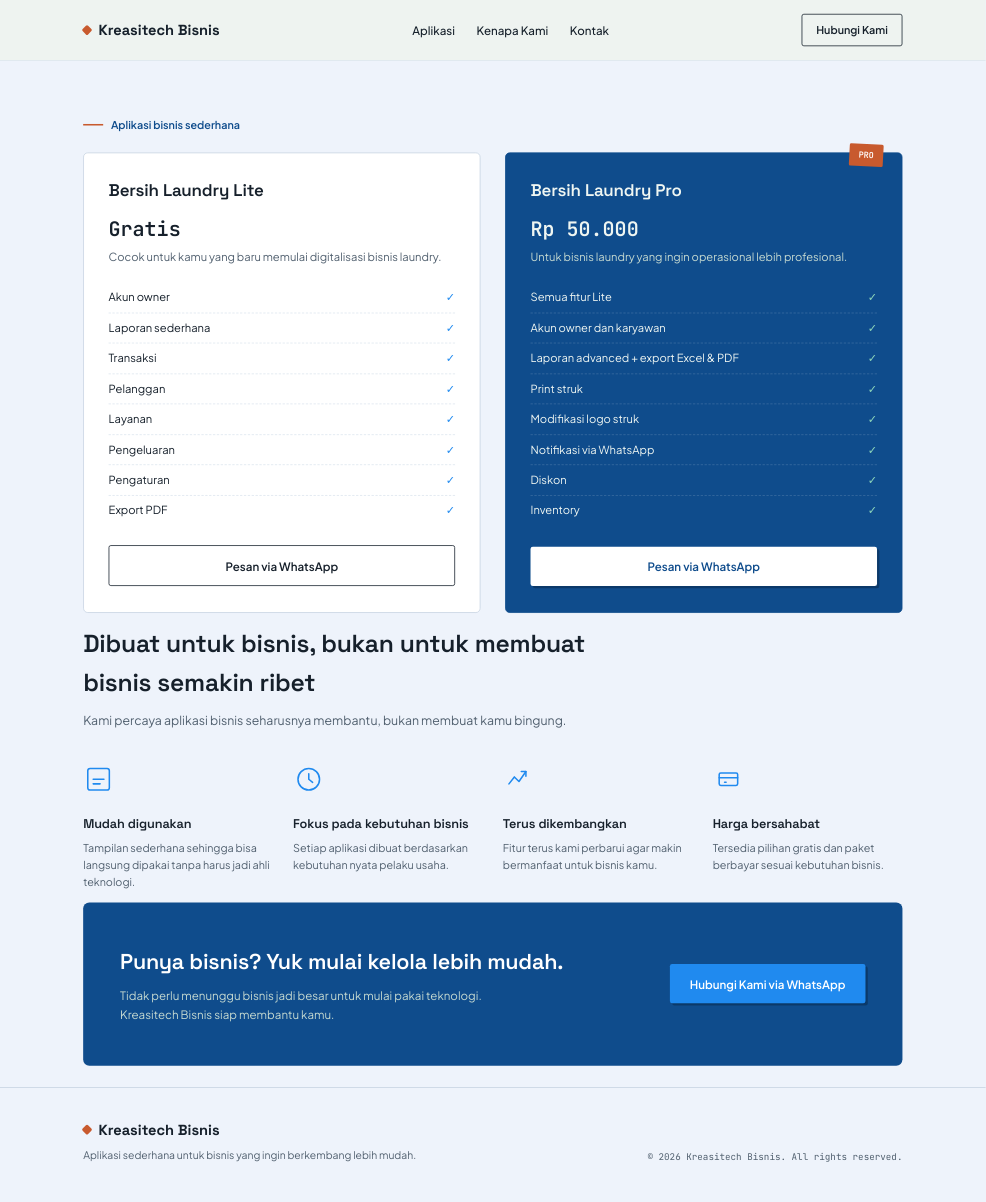
Repository: joao880hbhb/kreasitech
Page: produk/bersih-laundry.html
An editor plug-in stored every save of this project. The page is shown before and after the next save, followed by the edit.
The browser window is 1280 px wide. The pictures show the whole page, at 77% of full size.

Above is the page before, as saved 2026-09-14 21:37:46.

### produk/bersih-laundry.html
<!DOCTYPE html>
<html lang="id">
<head>
<meta charset="UTF-8">
<meta name="viewport" content="width=device-width, initial-scale=1.0">
<title>Kreasitech Bisnis — Membantu Bisnis Kamu</title>
<link rel="preconnect" href="https://fonts.googleapis.com">
<link rel="preconnect" href="https://fonts.gstatic.com" crossorigin>
<link href="https://fonts.googleapis.com/css2?family=Space+Grotesk:wght@500;600;700&family=Plus+Jakarta+Sans:wght@400;500;600;700&family=JetBrains+Mono:wght@400;500;600&display=swap" rel="stylesheet">
<style>
  :root{
    --paper:#EEF3FB;
    --paper-alt:#FFFFFF;
    --ink:#16202B;
    --ink-soft:#51606F;
    --pine:#208AEF;
    --pine-dark:#0F4C8C;
    --rust:#C85A2E;
    --line:#C6D3E1;
    --line-soft:#DCE5EF;
  }
  *{box-sizing:border-box; margin:0; padding:0;}
  html{scroll-behavior:smooth;}
  body{
    background:var(--paper);
    color:var(--ink);
    font-family:'Plus Jakarta Sans', sans-serif;
    line-height:1.55;
    -webkit-font-smoothing:antialiased;
  }
  img{max-width:100%; display:block;}
  a{color:inherit; text-decoration:none;}
  .wrap{max-width:1120px; margin:0 auto; padding:0 28px;}
  h1,h2,h3{font-family:'Space Grotesk', sans-serif; font-weight:600; letter-spacing:-0.01em;}
  .mono{font-family:'JetBrains Mono', monospace;}

  /* perforated divider — like a torn receipt edge */
  .tear{
    height:22px;
    width:100%;
    background:
      radial-gradient(circle at 11px 0, transparent 11px, var(--paper) 11.5px) repeat-x;
    background-size:22px 22px;
    background-position:0 -11px;
  }
  .tear.into-alt{ background-image:radial-gradient(circle at 11px 0, transparent 11px, var(--paper-alt) 11.5px);}
  .tear.into-paper{ background-image:radial-gradient(circle at 11px 0, transparent 11px, var(--paper) 11.5px);}
  .tear.into-dark{ background-image:radial-gradient(circle at 11px 0, transparent 11px, var(--pine-dark) 11.5px);}

  /* NAV */
  header{
    position:sticky; top:0; z-index:50;
    background:rgba(238,243,239,0.9);
    backdrop-filter:blur(8px);
    border-bottom:1px solid var(--line-soft);
  }
  nav{
    display:flex; align-items:center; justify-content:space-between;
    padding:18px 28px; max-width:1120px; margin:0 auto;
  }
  .brand{display:flex; align-items:center; gap:10px; font-family:'Space Grotesk'; font-weight:700; font-size:19px;}
  .brand .dot{width:10px; height:10px; border-radius:2px; background:var(--rust); transform:rotate(45deg);}
  .navlinks{display:flex; gap:28px; font-size:15px; font-weight:500;}
  .navlinks a:hover{color:var(--pine);}
  .btn-ghost{border:1.5px solid var(--ink); padding:9px 18px; border-radius:3px; font-weight:600; font-size:14px;}
  .btn-ghost:hover{background:var(--ink); color:var(--paper);}
  @media (max-width:720px){ .navlinks{display:none;} }

  /* HERO */
  .hero{padding:72px 0 0;}
  .hero-grid{display:grid; grid-template-columns:1.1fr 0.9fr; gap:56px; align-items:center;}
  @media (max-width:860px){ .hero-grid{grid-template-columns:1fr;} }
  .eyebrow-line{display:flex; align-items:center; gap:10px; font-size:14px; color:var(--pine-dark); font-weight:600; margin-bottom:18px;}
  .eyebrow-line::before{content:""; width:26px; height:2px; background:var(--rust);}
  .hero h1{font-size:46px; line-height:1.12; margin-bottom:20px;}
  @media (max-width:520px){ .hero h1{font-size:34px;} }
  .hero p.lead{font-size:18px; color:var(--ink-soft); max-width:46ch; margin-bottom:30px;}
  .hero-cta{display:flex; gap:14px; flex-wrap:wrap;}
  .btn-primary{
    background:var(--pine); color:#fff; padding:14px 26px; border-radius:3px;
    font-weight:600; font-size:15px; display:inline-block;
    box-shadow:3px 3px 0 var(--pine-dark);
    transition:transform .15s ease, box-shadow .15s ease;
  }
  .btn-primary:hover{ transform:translate(-2px,-2px); box-shadow:5px 5px 0 var(--pine-dark); }
  .btn-secondary{
    background:transparent; color:var(--ink); padding:14px 26px; border-radius:3px;
    font-weight:600; font-size:15px; border:1.5px solid var(--ink); display:inline-block;
  }
  .btn-secondary:hover{background:var(--ink); color:var(--paper);}

  /* hero receipt mockup */
  .receipt-mock{
    position:relative;
    background:var(--paper-alt);
    border:1px solid var(--line);
    border-radius:4px;
    padding:26px 24px 22px;
    max-width:340px;
    margin-left:auto;
    box-shadow:0 20px 50px -20px rgba(22,36,29,0.35);
    transform:rotate(2deg);
  }
  .receipt-mock::before,.receipt-mock::after{
    content:""; position:absolute; left:0; right:0; height:12px;
    background:
      radial-gradient(circle at 10px 6px, var(--paper) 6px, transparent 6.5px) repeat-x;
    background-size:20px 12px;
  }
  .receipt-mock::before{top:-6px;}
  .receipt-mock::after{bottom:-6px; transform:rotate(180deg);}
  .receipt-mock .r-head{display:flex; justify-content:space-between; align-items:baseline; border-bottom:1.5px dashed var(--line); padding-bottom:12px; margin-bottom:14px;}
  .receipt-mock .r-head span:first-child{font-family:'Space Grotesk'; font-weight:700; font-size:15px;}
  .receipt-mock .r-head span:last-child{font-family:'JetBrains Mono'; font-size:11px; color:var(--ink-soft);}
  .r-row{display:flex; justify-content:space-between; font-size:13.5px; margin-bottom:9px; font-family:'JetBrains Mono';}
  .r-row .name{color:var(--ink-soft); font-family:'Plus Jakarta Sans';}
  .r-total{
    display:flex; justify-content:space-between; margin-top:14px; padding-top:12px;
    border-top:1.5px dashed var(--line); font-weight:700; font-size:15px;
  }
  .r-status{
    display:inline-block; margin-top:16px; padding:5px 12px; border:2px solid var(--rust);
    color:var(--rust); font-family:'JetBrains Mono'; font-size:11px; font-weight:600;
    transform:rotate(-4deg); border-radius:2px;
  }

  section{padding:8px 0;}

  /* value props row */
  .value-row{
    display:grid; grid-template-columns:repeat(3,1fr); gap:0;
    border-top:1px solid var(--line); border-bottom:1px solid var(--line);
  }
  .value-row .vcell{padding:26px 22px; border-right:1px solid var(--line);}
  .value-row .vcell:last-child{border-right:none;}
  .value-row .vcell .num{font-family:'JetBrains Mono'; font-size:12px; color:var(--pine); margin-bottom:8px;}
  .value-row .vcell h3{font-size:17px; margin-bottom:6px;}
  .value-row .vcell p{font-size:14.5px; color:var(--ink-soft);}
  @media (max-width:720px){ .value-row{grid-template-columns:1fr;} .value-row .vcell{border-right:none; border-bottom:1px solid var(--line);} }

  /* products intro */
  .section-head{max-width:60ch; margin-bottom:44px;}
  .section-head h2{font-size:32px; margin-bottom:12px;}
  .section-head p{color:var(--ink-soft); font-size:16px;}

  .product-photo-wrap{
    position:relative; border-radius:6px; overflow:hidden; margin-bottom:48px;
    border:1px solid var(--line);
  }
  .product-photo-wrap img{width:100%; height:280px; object-fit:cover; filter:saturate(0.92) contrast(1.02);}
  .product-photo-wrap .tag{
    position:absolute; bottom:16px; left:16px; background:var(--paper-alt);
    padding:8px 14px; font-family:'JetBrains Mono'; font-size:12px; border-radius:3px;
    border:1px solid var(--line);
  }

  /* pricing / feature cards, receipt style */
  /* mobile-first: 2 kolom berdampingan dari layar paling kecil, melebar ke layout desktop */
  .plans{display:grid; grid-template-columns:1fr 1fr; gap:10px;}
  .plan{
    background:var(--paper-alt); border:1px solid var(--line); border-radius:6px;
    padding:18px 14px; position:relative; display:flex; flex-direction:column;
    min-width:0; /* cegah konten memaksa kolom melebar & merusak grid di layar kecil */
  }
  .plan.pro{background:var(--pine-dark); color:#EFF6F2; border-color:var(--pine-dark);}
  .plan .badge{
    position:absolute; top:-10px; right:14px; background:var(--rust); color:#fff;
    font-family:'JetBrains Mono'; font-size:10px; font-weight:600; padding:4px 9px;
    border-radius:2px; transform:rotate(3deg);
  }
  .plan h3{font-size:15.5px; margin-bottom:2px; line-height:1.25;}
  .plan .price{font-family:'JetBrains Mono'; font-size:17px; font-weight:600; margin:8px 0 4px;}
  .plan .sub{font-size:11.5px; color:var(--ink-soft); margin-bottom:14px; line-height:1.4;}
  .plan.pro .sub{color:#C6DAD1;}
  .plan ul{list-style:none; margin-bottom:16px; flex-grow:1;}
  .plan li{
    display:flex; justify-content:space-between; align-items:baseline; gap:6px; font-size:11.5px;
    padding:6px 0; border-bottom:1px dashed var(--line-soft);
  }
  .plan.pro li{border-bottom:1px dashed rgba(255,255,255,0.18);}
  .plan li:last-child{border-bottom:none;}
  .plan li .name{line-height:1.3;}
  .plan li .check{color:var(--pine); font-family:'JetBrains Mono'; flex-shrink:0;}
  .plan.pro li .check{color:#8FD8BB;}
  .plan .btn-secondary, .plan .btn-primary{padding:10px 12px; font-size:12.5px;}

  /* di layar lebih lebar, beri napas lebih longgar */
  @media (min-width:560px){
    .plans{gap:24px;}
    .plan{padding:28px 26px;}
    .plan h3{font-size:20px;}
    .plan .price{font-size:24px; margin:12px 0 6px;}
    .plan .sub{font-size:14px; margin-bottom:22px;}
    .plan ul{margin-bottom:26px;}
    .plan li{font-size:13.5px; padding:8px 0;}
    .plan .badge{top:-12px; right:24px; font-size:11px; padding:6px 12px;}
    .plan .btn-secondary, .plan .btn-primary{padding:14px 26px; font-size:15px;}
  }
  @media (min-width:800px){
    .plans{gap:32px;}
    .plan{padding:34px 32px;}
    .plan h3{font-size:22px;}
    .plan .price{font-size:26px; margin:14px 0 6px;}
    .plan .sub{font-size:14.5px; margin-bottom:24px;}
    .plan li{font-size:14.5px;}
  }

  /* why us */
  .why-grid{display:grid; grid-template-columns:repeat(4,1fr); gap:26px;}
  @media (max-width:900px){ .why-grid{grid-template-columns:1fr 1fr;} }
  @media (max-width:520px){ .why-grid{grid-template-columns:1fr;} }
  .why-card{padding:0;}
  .why-card .icon{width:40px; height:40px; margin-bottom:18px;}
  .why-card h3{font-size:16.5px; margin-bottom:8px;}
  .why-card p{font-size:14px; color:var(--ink-soft);}

  /* final cta */
  .final-cta{
    background:var(--pine-dark); color:#EFF6F2; border-radius:8px;
    padding:56px 48px; display:flex; justify-content:space-between; align-items:center; gap:32px;
  }
  @media (max-width:760px){ .final-cta{flex-direction:column; text-align:center; padding:44px 26px;} }
  .final-cta h2{font-size:28px; margin-bottom:10px; color:#fff;}
  .final-cta p{color:#C6DAD1; font-size:15px; max-width:44ch;}
  .final-cta .btn-primary{box-shadow:3px 3px 0 rgba(0,0,0,0.25); flex-shrink:0;}

  footer{padding:40px 0 50px; border-top:1px solid var(--line); margin-top:20px;}
  .foot-grid{display:flex; justify-content:space-between; align-items:flex-end; flex-wrap:wrap; gap:20px;}
  .foot-grid .brand{margin-bottom:8px;}
  footer p{font-size:13.5px; color:var(--ink-soft);}
  footer .copyright{font-family:'JetBrains Mono'; font-size:12px; color:var(--ink-soft);}
</style>
</head>
<body>

<header>
  <nav>
    <div class="brand"><span class="dot"></span>Kreasitech Bisnis</div>
    <div class="navlinks">
      <a href="#produk">Aplikasi</a>
      <a href="#kenapa">Kenapa Kami</a>
      <a href="#kontak">Kontak</a>
    </div>
    <a href="#kontak" class="btn-ghost">Hubungi Kami</a>
  </nav>
</header>

<section class="hero">
  <div class="wrap hero-grid">
    <div>
      <div class="eyebrow-line">Aplikasi bisnis sederhana</div>
      <!-- <h1>Bisnis kamu, tercatat rapi tanpa ribet.</h1> -->
      <!-- <p class="lead">Kreasitech Bisnis membuat aplikasi sederhana yang membantu usaha kecil mencatat transaksi, mengelola pelanggan, dan melihat semuanya dalam satu tempat.</p>
      <div class="hero-cta">
        <a href="#produk" class="btn-primary">Lihat Aplikasi</a>
        <a href="#kontak" class="btn-secondary">Hubungi Kami</a>
      </div> -->
    </div>
    <!-- <div>
      <div class="receipt-mock">
        <div class="r-head">
          <span>Bersih Laundry</span>
          <span>#0231 — Hari ini</span>
        </div>
        <div class="r-row"><span class="name">Cuci + Setrika, 3kg</span><span>Rp 21.000</span></div>
        <div class="r-row"><span class="name">Cuci Kering, 2kg</span><span>Rp 12.000</span></div>
        <div class="r-row"><span class="name">Setrika Saja, 1kg</span><span>Rp 6.000</span></div>
        <div class="r-total"><span>Total</span><span class="mono">Rp 39.000</span></div>
        <div class="r-status">SIAP DIAMBIL</div>
      </div>
    </div> -->
  </div>
</section>

<!-- <div class="wrap"><div class="value-row">
  <div class="vcell"><div class="num">01</div><h3>Mudah digunakan</h3><p>Tidak perlu jadi ahli teknologi untuk mulai memakainya.</p></div>
  <div class="vcell"><div class="num">02</div><h3>Tidak ribet</h3><p>Fokus pada yang penting: catat, kelola, selesai.</p></div>
  <div class="vcell"><div class="num">03</div><h3>Untuk semua skala</h3><p>Cocok dari bisnis rumahan sampai yang sedang berkembang.</p></div>
</div></div> -->

<section id="produk">
  <div class="wrap">
    <!-- <div class="section-head">
      <h2>Aplikasi untuk bisnis laundry kamu</h2>
      <p>Kami mulai dari kebutuhan yang paling nyata: usaha laundry yang selama ini masih mencatat transaksi di buku atau kertas nota.</p>
    </div>

    <div class="product-photo-wrap">
      <img src="https://picsum.photos/seed/kreasitech-laundry/1200/560" alt="Tumpukan pakaian bersih terlipat rapi di usaha laundry">
      <div class="tag mono">Bersih Laundry</div>
    </div> -->

    <div class="plans">
      <div class="plan">
        <h3>Bersih Laundry Lite</h3>
        <div class="price">Gratis</div>
        <p class="sub">Cocok untuk kamu yang baru memulai digitalisasi bisnis laundry.</p>
        <ul>
          <li><span class="name">Akun owner</span><span class="check">✓</span></li>
          <li><span class="name">Laporan sederhana</span><span class="check">✓</span></li>
          <li><span class="name">Transaksi</span><span class="check">✓</span></li>
          <li><span class="name">Pelanggan</span><span class="check">✓</span></li>
          <li><span class="name">Layanan</span><span class="check">✓</span></li>
          <li><span class="name">Pengeluaran</span><span class="check">✓</span></li>
          <li><span class="name">Pengaturan</span><span class="check">✓</span></li>
          <li><span class="name">Export PDF</span><span class="check">✓</span></li>
        </ul>
        <a href="https://wa.me/6281234567890" class="btn-secondary" style="text-align:center;" target="_blank" rel="noopener">Pesan via WhatsApp</a>
      </div>

      <div class="plan pro">
        <div class="badge">PRO</div>
        <h3>Bersih Laundry Pro</h3>
        <div class="price">Rp 50.000</div>
        <p class="sub">Untuk bisnis laundry yang ingin operasional lebih profesional.</p>
        <ul>
          <li><span class="name">Semua fitur Lite</span><span class="check">✓</span></li>
          <li><span class="name">Akun owner dan karyawan</span><span class="check">✓</span></li>
          <li><span class="name">Laporan advanced + export Excel &amp; PDF</span><span class="check">✓</span></li>
          <li><span class="name">Print struk</span><span class="check">✓</span></li>
          <li><span class="name">Modifikasi logo struk</span><span class="check">✓</span></li>
          <li><span class="name">Notifikasi via WhatsApp</span><span class="check">✓</span></li>
          <li><span class="name">Diskon</span><span class="check">✓</span></li>
          <li><span class="name">Inventory</span><span class="check">✓</span></li>
        </ul>
        <a href="https://wa.me/6281234567890" class="btn-primary" style="text-align:center; background:#fff; color:var(--pine-dark); box-shadow:3px 3px 0 rgba(0,0,0,0.25);" target="_blank" rel="noopener">Pesan via WhatsApp</a>
      </div>
    </div>
  </div>
</section>

<section id="kenapa">
  <div class="wrap">
    <div class="section-head">
      <h2>Dibuat untuk bisnis, bukan untuk membuat bisnis semakin ribet</h2>
      <p>Kami percaya aplikasi bisnis seharusnya membantu, bukan membuat kamu bingung.</p>
    </div>
    <div class="why-grid">
      <div class="why-card">
        <svg class="icon" viewBox="0 0 40 40" fill="none"><rect x="6" y="6" width="28" height="28" rx="3" stroke="#208AEF" stroke-width="2"/><path d="M13 20h14M13 26h9" stroke="#208AEF" stroke-width="2" stroke-linecap="round"/></svg>
        <h3>Mudah digunakan</h3>
        <p>Tampilan sederhana sehingga bisa langsung dipakai tanpa harus jadi ahli teknologi.</p>
      </div>
      <div class="why-card">
        <svg class="icon" viewBox="0 0 40 40" fill="none"><circle cx="20" cy="20" r="14" stroke="#208AEF" stroke-width="2"/><path d="M20 13v7l5 4" stroke="#208AEF" stroke-width="2" stroke-linecap="round"/></svg>
        <h3>Fokus pada kebutuhan bisnis</h3>
        <p>Setiap aplikasi dibuat berdasarkan kebutuhan nyata pelaku usaha.</p>
      </div>
      <div class="why-card">
        <svg class="icon" viewBox="0 0 40 40" fill="none"><path d="M8 26l7-9 6 6 9-13" stroke="#208AEF" stroke-width="2" stroke-linecap="round" stroke-linejoin="round"/><path d="M24 10h6v6" stroke="#208AEF" stroke-width="2" stroke-linecap="round" stroke-linejoin="round"/></svg>
        <h3>Terus dikembangkan</h3>
        <p>Fitur terus kami perbarui agar makin bermanfaat untuk bisnis kamu.</p>
      </div>
      <div class="why-card">
        <svg class="icon" viewBox="0 0 40 40" fill="none"><rect x="8" y="12" width="24" height="16" rx="2" stroke="#208AEF" stroke-width="2"/><path d="M8 18h24M15 24h2" stroke="#208AEF" stroke-width="2" stroke-linecap="round"/></svg>
        <h3>Harga bersahabat</h3>
        <p>Tersedia pilihan gratis dan paket berbayar sesuai kebutuhan bisnis.</p>
      </div>
    </div>
  </div>
</section>

<section id="kontak">
  <div class="wrap">
    <div class="final-cta">
      <div>
        <h2>Punya bisnis? Yuk mulai kelola lebih mudah.</h2>
        <p>Tidak perlu menunggu bisnis jadi besar untuk mulai pakai teknologi. Kreasitech Bisnis siap membantu kamu.</p>
      </div>
      <a href="https://wa.me/6281234567890" class="btn-primary" target="_blank" rel="noopener">Hubungi Kami via WhatsApp</a>
    </div>
  </div>
</section>

<footer>
  <div class="wrap foot-grid">
    <div>
      <div class="brand"><span class="dot"></span>Kreasitech Bisnis</div>
      <p>Aplikasi sederhana untuk bisnis yang ingin berkembang lebih mudah.</p>
    </div>
    <div class="copyright">© 2026 Kreasitech Bisnis. All rights reserved.</div>
  </div>
</footer>

</body>
</html>

After the next save:
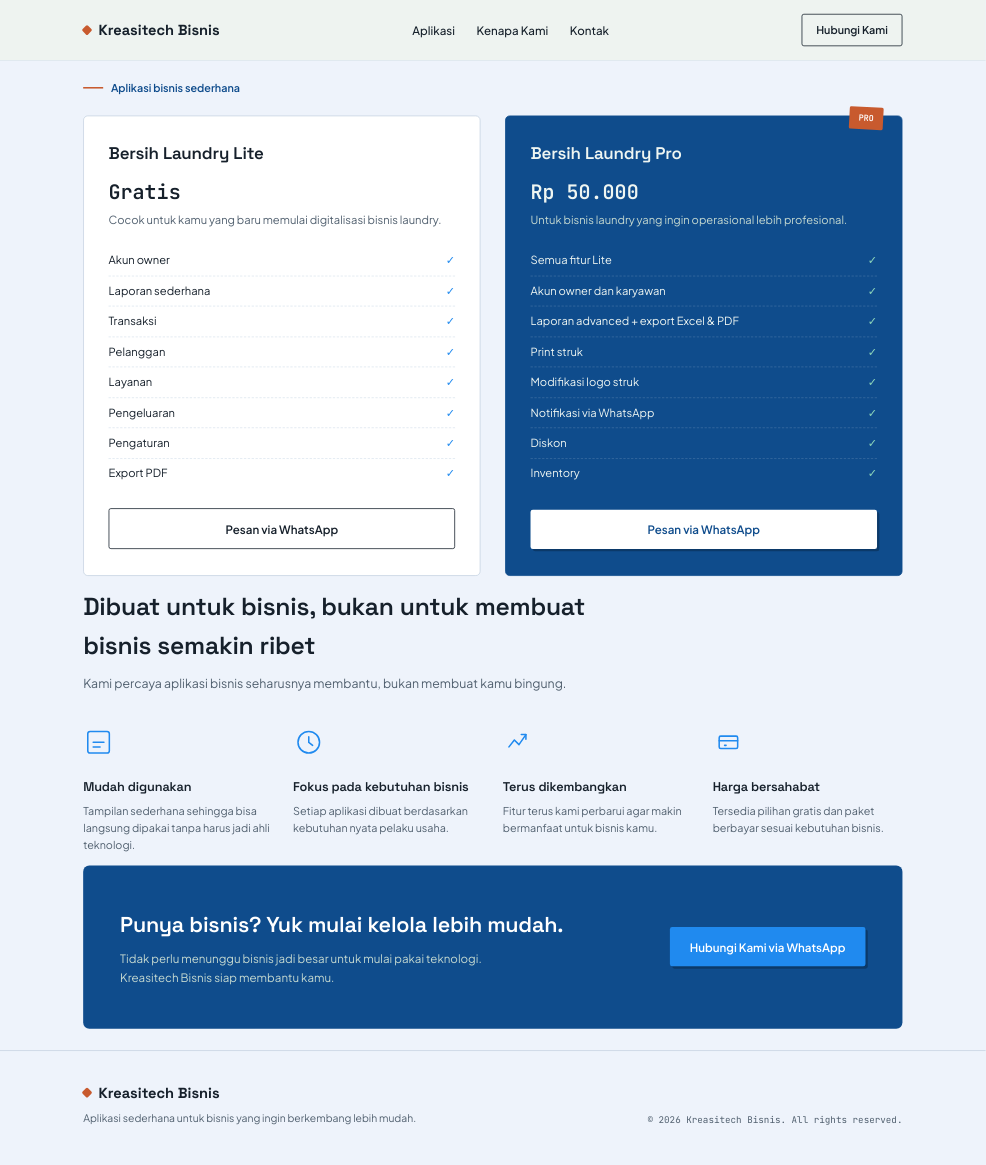
Saved 31 s later.
--- a/produk/bersih-laundry.html
+++ b/produk/bersih-laundry.html
@@ -67,7 +67,7 @@
   @media (max-width:720px){ .navlinks{display:none;} }
 
   /* HERO */
-  .hero{padding:72px 0 0;}
+  .hero{padding:24px 0 0;}
   .hero-grid{display:grid; grid-template-columns:1.1fr 0.9fr; gap:56px; align-items:center;}
   @media (max-width:860px){ .hero-grid{grid-template-columns:1fr;} }
   .eyebrow-line{display:flex; align-items:center; gap:10px; font-size:14px; color:var(--pine-dark); font-weight:600; margin-bottom:18px;}
